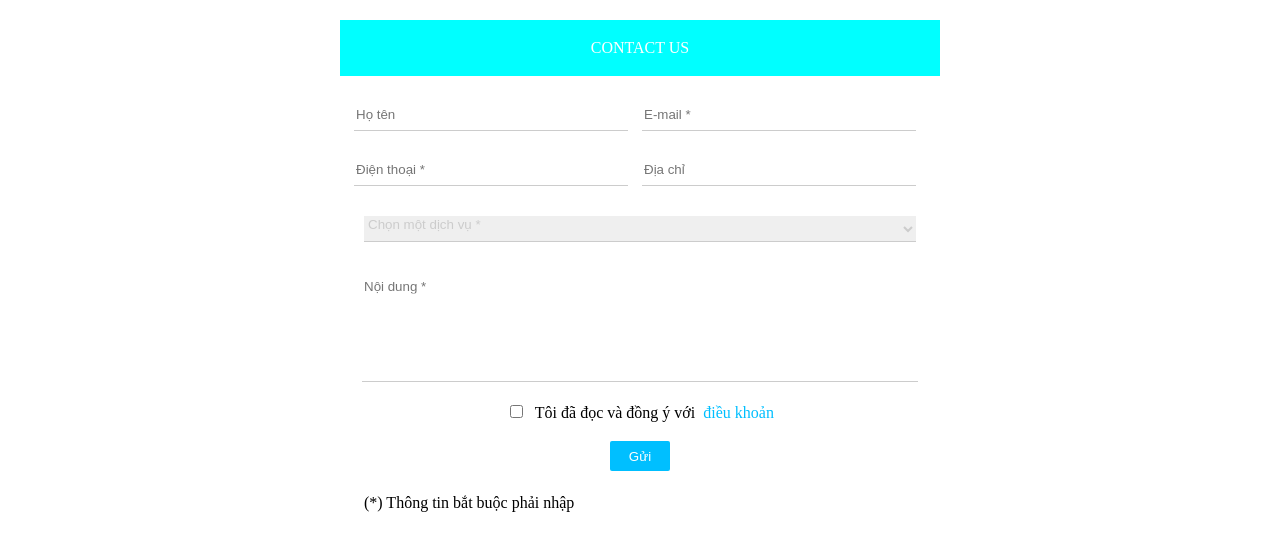
Repository: vanh1604/exercises
Page: baitap/Car/contact.html
The author's editor kept a copy of each file at every save. The page is drawn from the files as they stood at one save, then again after the next save.
The browser window is 1280 px wide. The pictures show the whole page.

Above is the page before, as saved 2023-03-29 17:25:55.

After the next save:
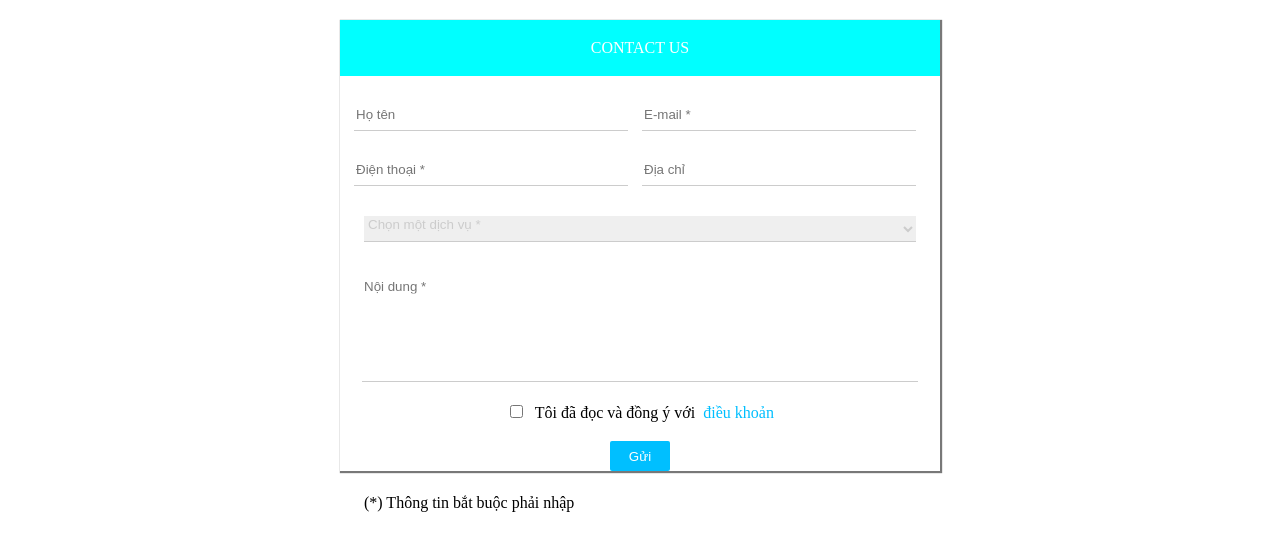
Saved 7 min 53 s later.
--- a/baitap/Car/contact.css
+++ b/baitap/Car/contact.css
@@ -7,6 +7,7 @@
   position: relative;
   text-align: center;
   margin-top: 20px;
+  box-shadow: 1px 1px 1px 1px rgb(120, 120, 120);
 }
 .header {
   background-color: aqua;

After the save that followed:
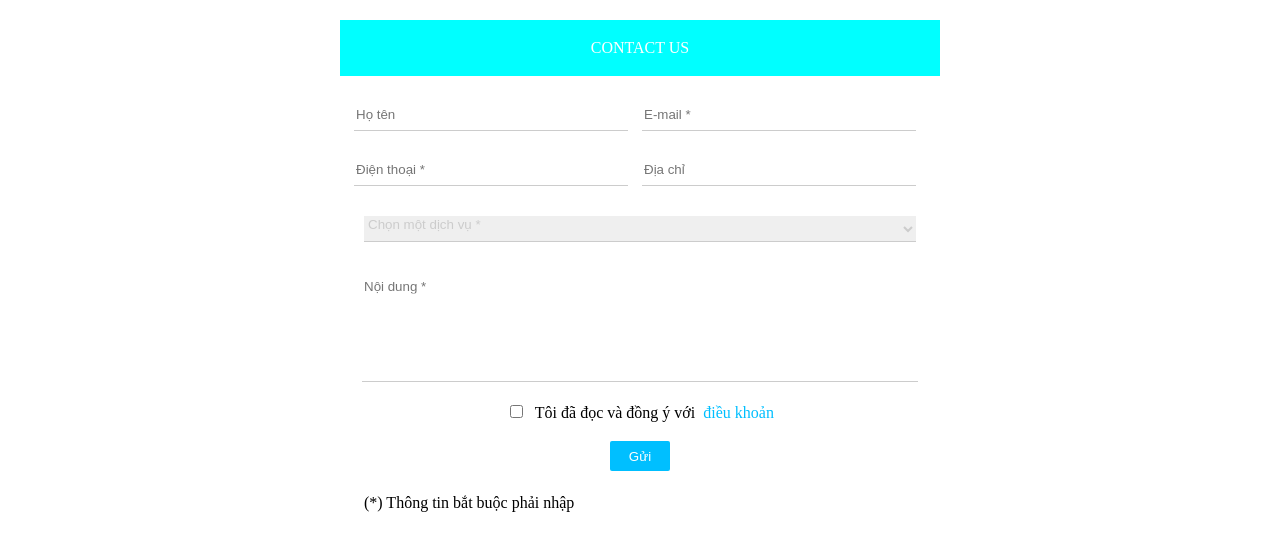
Saved 3 min 18 s later.
--- a/baitap/Car/contact.css
+++ b/baitap/Car/contact.css
@@ -7,7 +7,7 @@
   position: relative;
   text-align: center;
   margin-top: 20px;
-  box-shadow: 1px 1px 1px 1px rgb(120, 120, 120);
+  box-shadow: -3px -3px 7px rgba(0, 0, 0, 0, 0.3);
 }
 .header {
   background-color: aqua;
